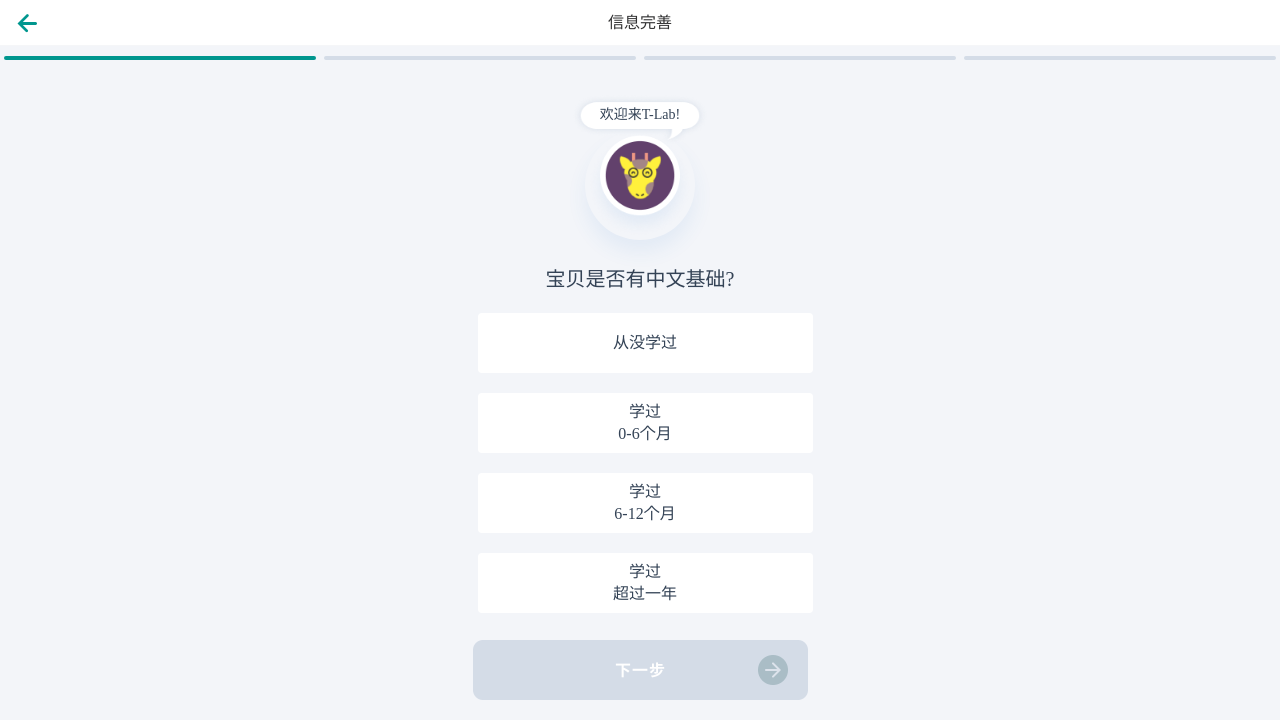
Repository: huangjf1/1
Page: /
The author's editor kept a copy of each file at every save. The page is drawn from the files as they stood at one save, then again after the next save.
The browser window is 1280 px wide. The pictures show the whole page.
The project was rebuilt for these pictures with package versions that can differ from the ones it lists, and the page was loaded fresh each time. Also part of the build but not shown: vue.config.js.

Above is the page before, as saved 2021-08-24 12:26:08.

After the next save:
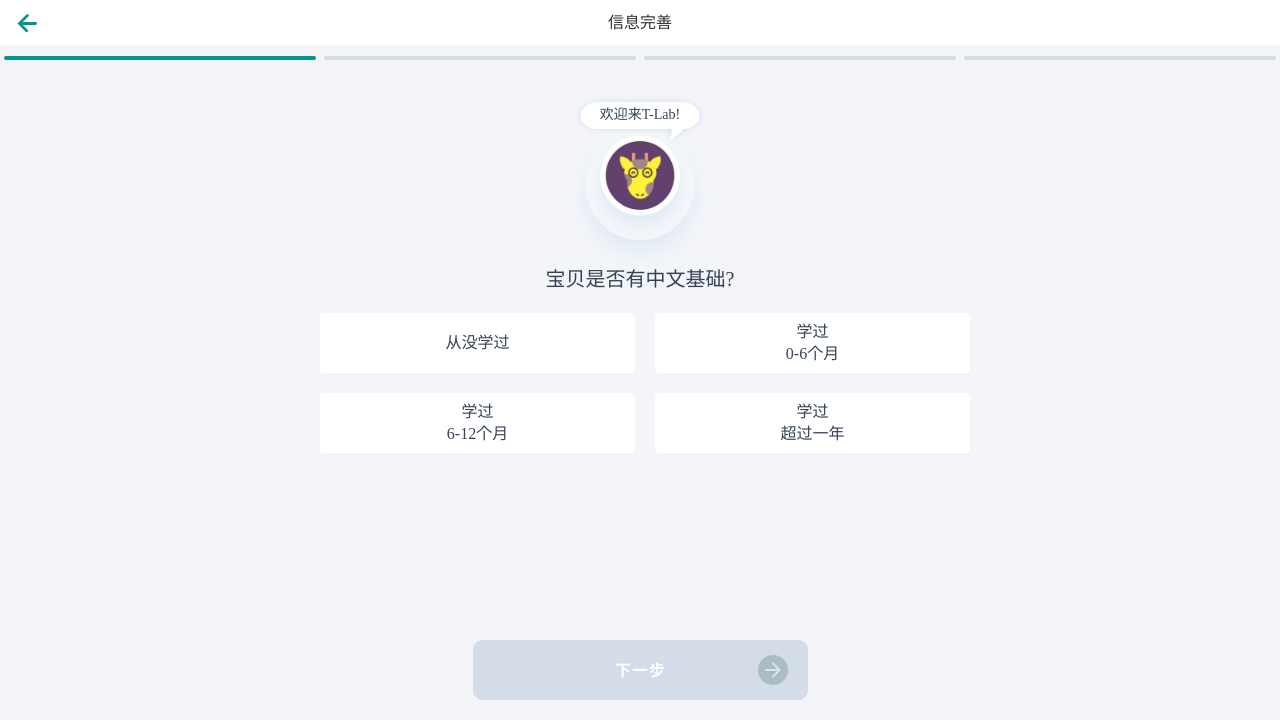
Saved 16 s later.
--- a/src/views/index.vue
+++ b/src/views/index.vue
@@ -404,7 +404,7 @@ export default {
             justify-content: space-around;
           }
           .select-list {
-            width: 50%;
+            width: calc(50% - 20px);
             height: 60px;
             display: flex;
             margin-left: 10px;
